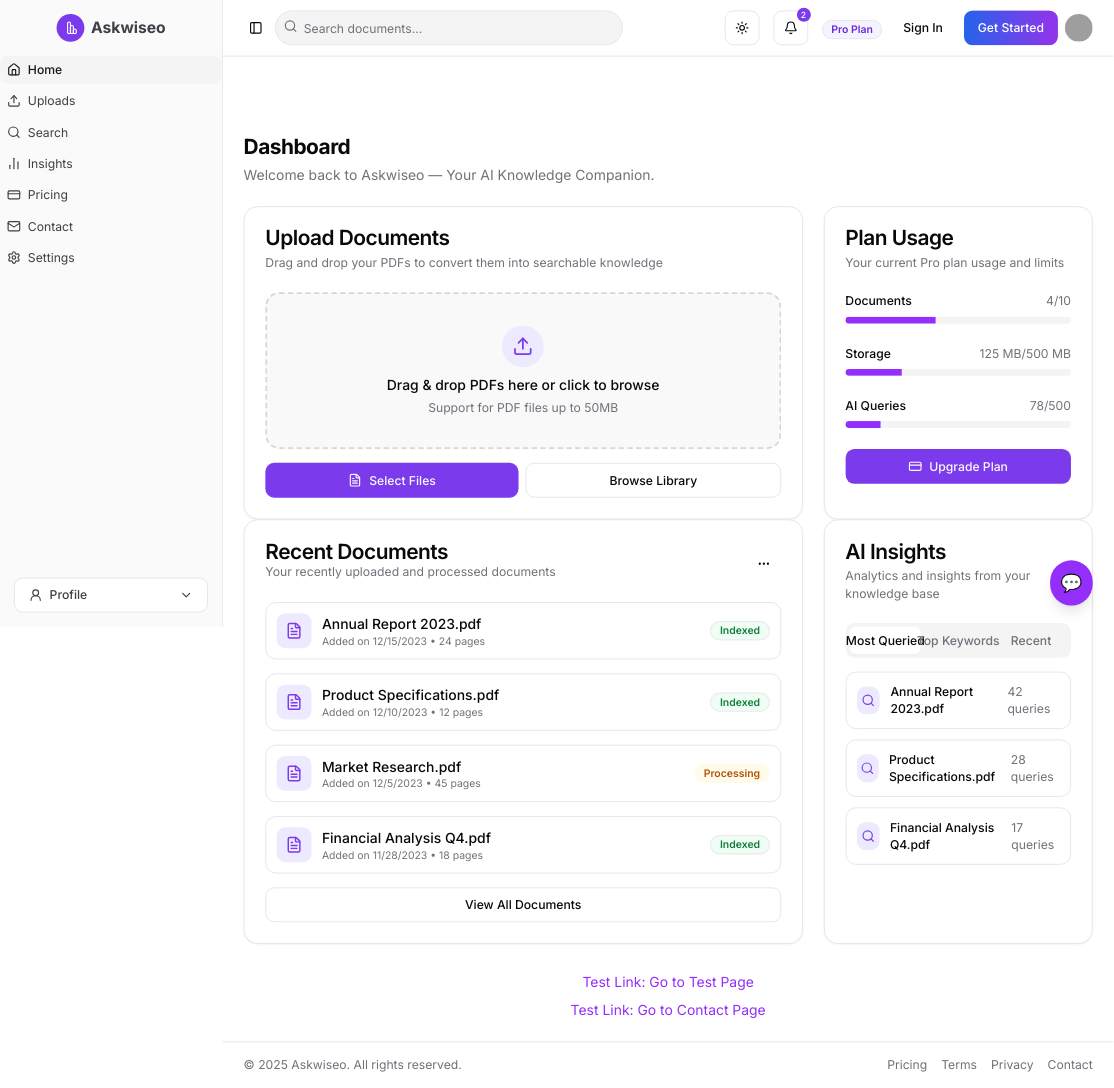
Repository: Arunkumar158/Askwiseo
Page: /
These files come from the project's save history. The page is drawn as it stood at one moment and after the next save; the edit follows.
The browser window is 1280 px wide. The pictures show the whole page, at 87% of full size.
Pictures or frames that could not be fetched are drawn as grey boxes. The project was rebuilt for these pictures with package versions that can differ from the ones it lists, and the page was loaded fresh each time. The framework's server and built-in components were replaced by stand-ins that run in the browser. Also part of the build but not shown: next.config.mjs, components/ui/separator.tsx, components/ui/sheet.tsx, components/ui/skeleton.tsx.

Above is the page before, as saved 2025-04-29 20:49:40.

After the next save:
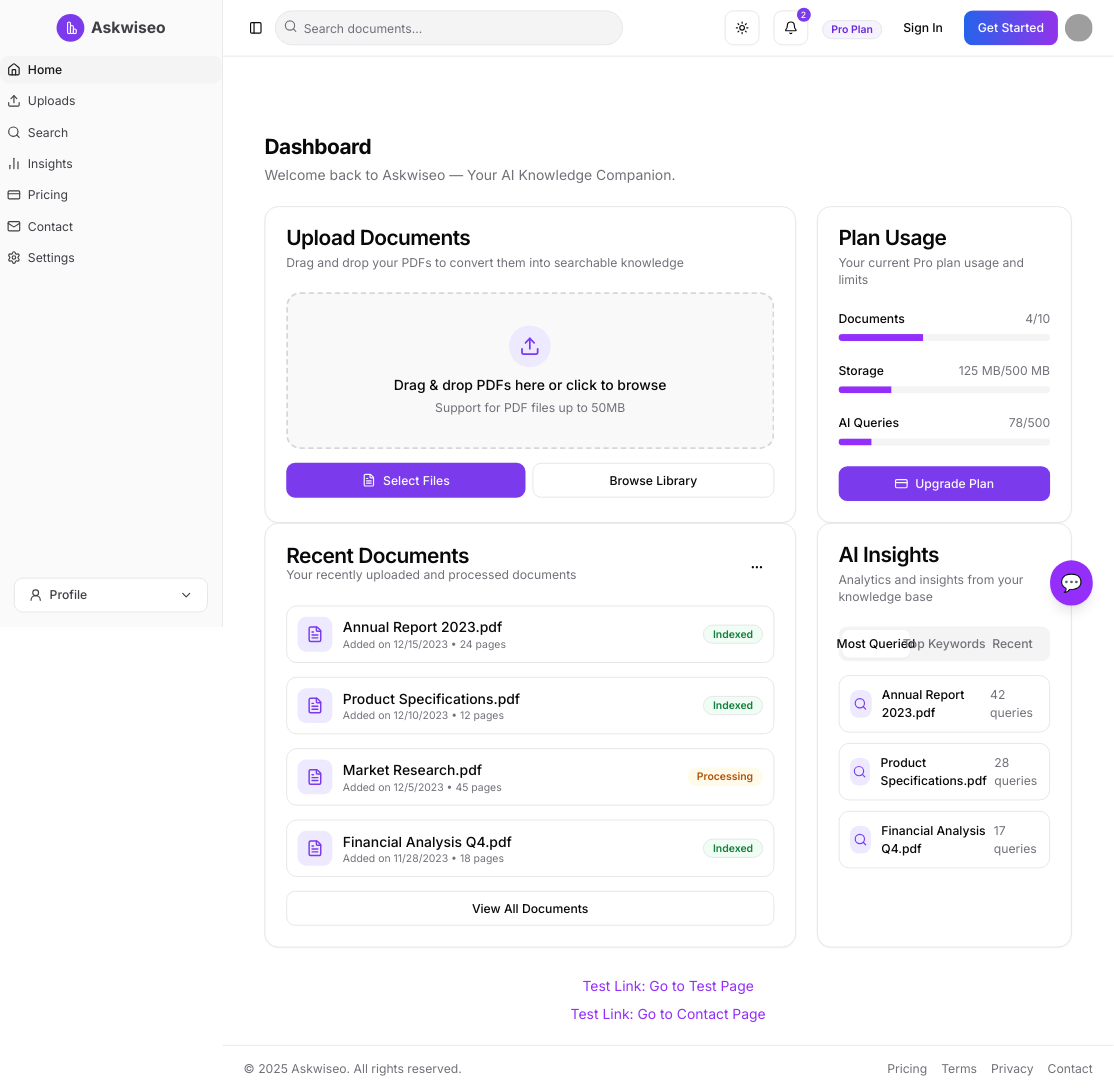
Saved 34 days later.
--- a/components/layout-content.tsx
+++ b/components/layout-content.tsx
@@ -14,11 +14,11 @@
   const isAuthPage = pathname === "/signin" || pathname === "/signup"
 
   return (
-    <div className="flex min-h-screen">
+    <div className="flex min-h-screen flex-col md:flex-row">
       {!isAuthPage && <AppSidebar />}
-      <div className="flex-1">
+      <div className="flex-1 flex flex-col min-h-screen">
         {!isAuthPage && <Header />}
-        <main className="flex-1 pt-16">{children}</main>
+        <main className="flex-1 pt-16 px-4 md:px-6">{children}</main>
         <SiteFooter />
       </div>
     </div>
